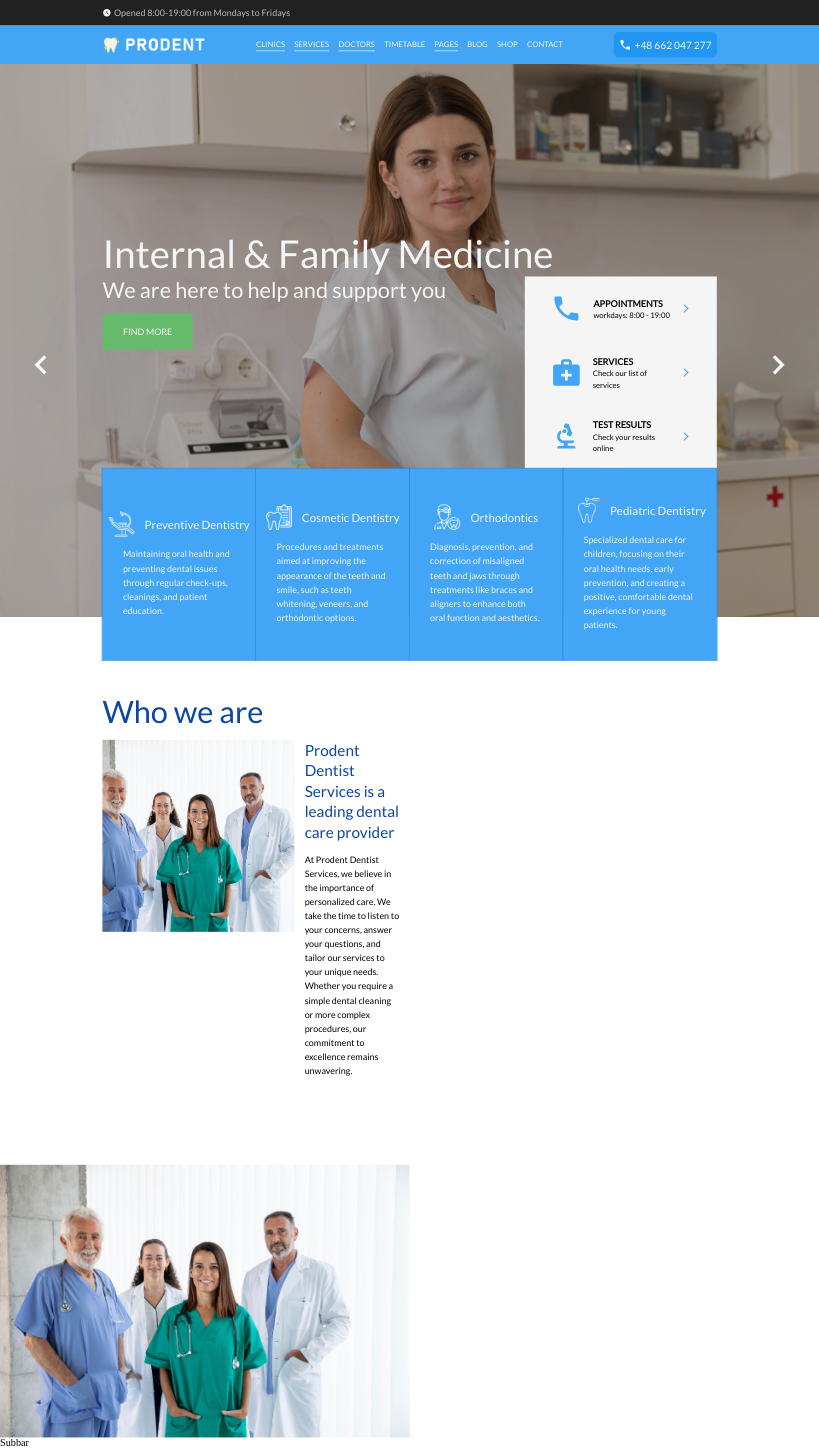
Repository: princ3-web/8
Page: /
The author's editor kept a copy of each file at every save. The page is drawn from the files as they stood at one save, then again after a run of saves.
The browser window is 1280 px wide. The pictures show the whole page, at 64% of full size.
The project was rebuilt for these pictures with package versions that can differ from the ones it lists, and the page was loaded fresh each time. Also part of the build but not shown: vite.config.js, src/subpages/About.jsx, src/index.css.

Above is the page before, as saved 2023-11-02 15:24:52.

After the next 4 saves:
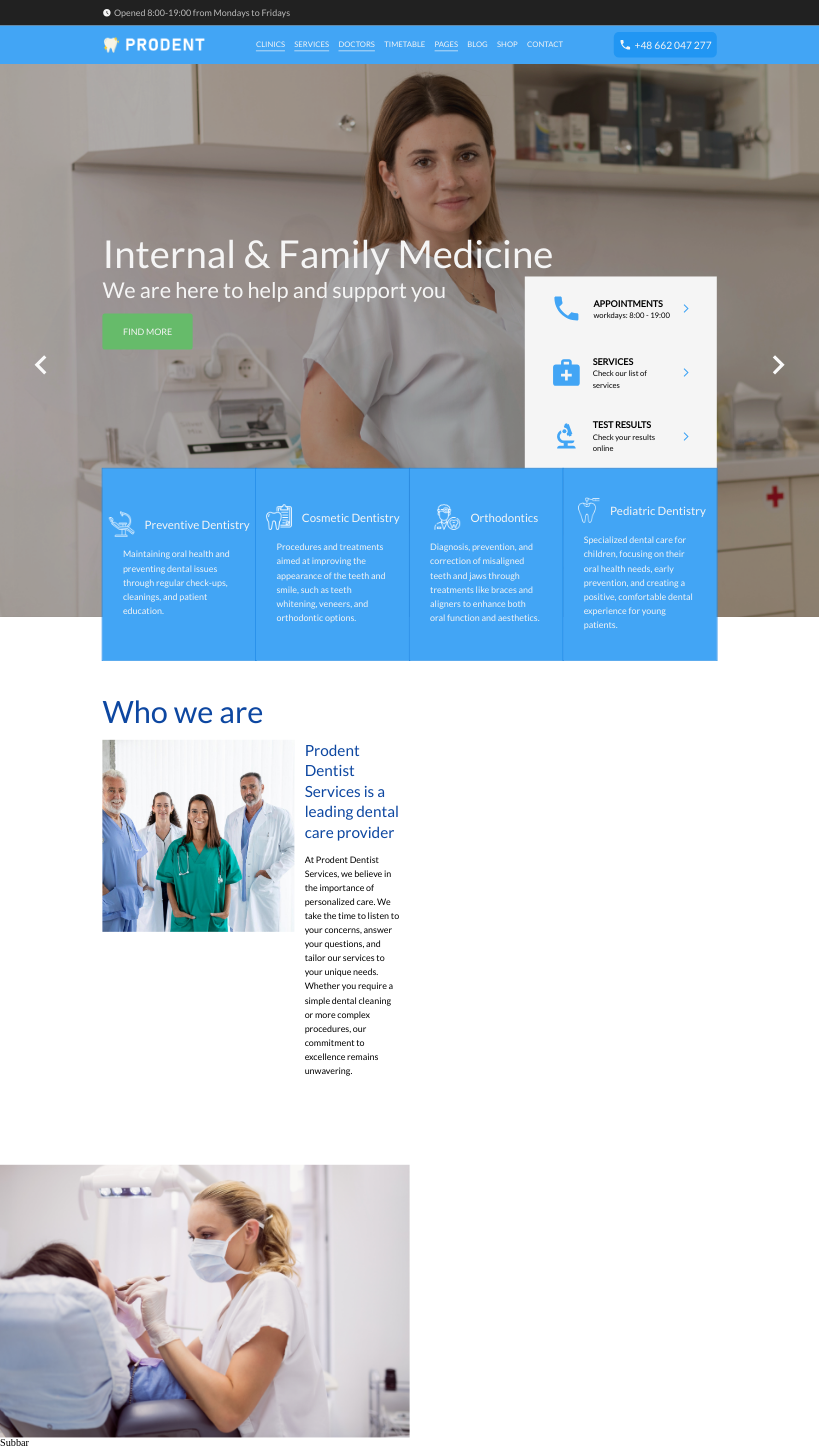
The 4 saves are shown as one change because they came seconds apart.
The last was saved 81 s later.
--- a/src/subpages/Home.jsx
+++ b/src/subpages/Home.jsx
@@ -4,6 +4,7 @@ import image1 from "../assets/images/1.jpg";
 import image2 from "../assets/images/2.jpg";
 import image3 from "../assets/images/3.jpg";
 import image4 from "../assets/images/4.jpg";
+import image5 from "../assets/images/5.jpg";
 import { green, grey, blue } from "@mui/material/colors";
 import PhoneIcon from "@mui/icons-material/Phone";
 import MedicalServicesIcon from "@mui/icons-material/MedicalServices";
@@ -260,7 +261,7 @@ const Home = () => {
       <Box>
       <CardMedia
             component="img"
-            src={image1}
+            src={image5}
             alt=""
             sx={{ width: "50%", height: "100%" }}
           />
